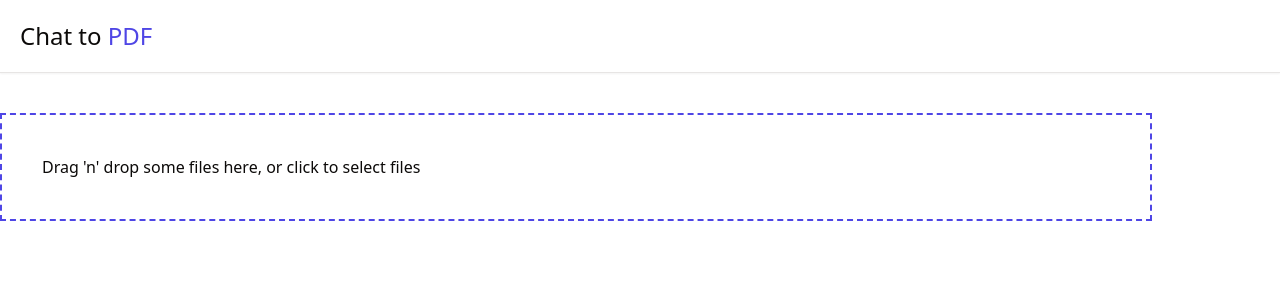
Repository: ankur28/chat-with-pdf
Page: /dashboard/upload
These files come from the project's save history. The page is drawn as it stood at one moment and after the next save; the edit follows.
The browser window is 1280 px wide. The pictures show the whole page.
The page's requests for data from a server got no answer. The project was rebuilt for these pictures with package versions that can differ from the ones it lists, and the page was loaded fresh each time. Some packages were replaced by stand-ins written for this rebuild. The framework's server and built-in components were replaced by stand-ins that run in the browser. No one was signed in, and anything a server would have sent is missing. Also part of the build but not shown: next.config.js, next.config.mjs, lib/utils.ts, components/ui/button.tsx.

Above is the page before, as saved 2024-07-24 19:32:24.

After the next save:
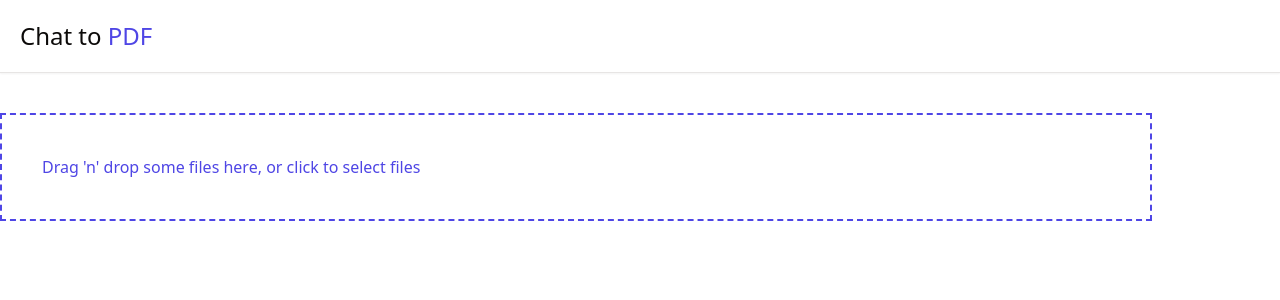
Saved 4 s later.
--- a/app/dashboard/upload/page.tsx
+++ b/app/dashboard/upload/page.tsx
@@ -13,7 +13,8 @@ function UploadPage() {
     <div className=''>
         {/* Loading section */}
     <div {...getRootProps()}
-    className="p-10 border-2 border-dashed mt-10 w-[90%] border-indigo-600 text-indi">
+    className="p-10 border-2 border-dashed mt-10 w-[90%] border-indigo-600 text-indigo-600
+                ">
       <input {...getInputProps()} />
       {
           isDragActive ?
